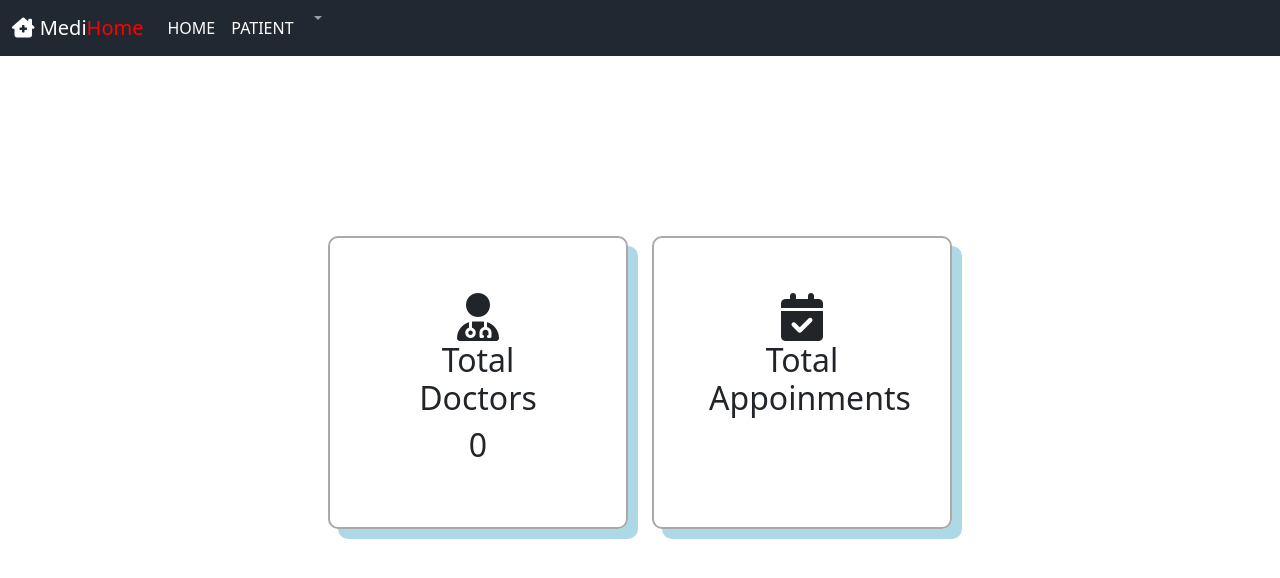
Repository: SparshGarg1/Hospital-Management-System
Page: http://localhost/Hospital/UpdateDoctorfromdoctoreditprofile?id1=0
An editor plug-in stored every save of this project. The page is shown before and after the next save, followed by the edit.
The browser window is 1280 px wide. The pictures show the whole page.
Some web libraries are served in a nearby version. The page is served by Tomcat 9. Other server files are loaded and not shown. Queries for data that is not in the repository find no rows.

Above is the page before, as saved 2022-08-21 06:09:12.

### Hospital/WebContent/doctorportal.jsp
<%@page import="java.sql.Statement"%>
<%@page import="java.sql.ResultSet"%>
<%@page errorPage="component/error.jsp" %>
<%@ include file="component/db.jsp" %>
<%@ page language="java" contentType="text/html; charset=ISO-8859-1"
    pageEncoding="ISO-8859-1"%>
<!DOCTYPE html PUBLIC "-//W3C//DTD HTML 4.01 Transitional//EN" "http://www.w3.org/TR/html4/loose.dtd">
<html>
<head>
<meta http-equiv="Content-Type" content="text/html; charset=ISO-8859-1">
<title>Insert title here</title>
<%@ include file="component/allcss.jsp" %>
<style>
        .container{
            position: relative;
            top: 25vh;
            display: flex;
            justify-content: center;
            flex-wrap: wrap;
        }
        .box1{
            border: 2px solid rgb(173, 167, 167);
            padding: 55px;
            border-radius: 10px;
            width: 300px;
            text-align: center;
            margin: 0 12px;
            box-shadow: 10px 10px lightblue;
            color: #212529;
        }
    </style>
</head>
<body>
<!-- Taking out name of user from email -->
<%
	HttpSession ses=request.getSession();
	String email =(String) ses.getAttribute("uid");
	String qrp = "select * from doctor where email=?";
	PreparedStatement ps = con.prepareStatement(qrp);
	ps.setString(1, email);
	String id="";
	String name="";
	ResultSet rsp = ps.executeQuery();
	if(rsp.next())
	{
	name = rsp.getString("name");
	}
%>
<nav class="navbar navbar-expand-lg navbar-dark" style="background-color:#222831;">
  <div class="container-fluid">
    <a class="navbar-brand" href="index.jsp"><i class="fas fa-clinic-medical"></i> Medi<span style="color:red;">Home</span></a>
    <button class="navbar-toggler" type="button" data-bs-toggle="collapse" data-bs-target="#navbarSupportedContent" aria-controls="navbarSupportedContent" aria-expanded="false" aria-label="Toggle navigation">
      <span class="navbar-toggler-icon"></span>
    </button>
    <div class="collapse navbar-collapse" id="navbarSupportedContent">
      <ul class="navbar-nav  mb-2 mb-lg-0">
        <li class="nav-item">
          <a class="nav-link active" aria-current="page" href="doctorportal.jsp">HOME</a>
        </li>
        <li class="nav-item">
          <a class="nav-link active" aria-current="page" href="doctorpatient.jsp">PATIENT</a>
        </li>
        <li class="nav-item dropdown">
          <a class="nav-link dropdown-toggle" href="#" id="navbarDropdown" role="button" data-bs-toggle="dropdown" aria-expanded="false">
            <%=name %>
          </a>
          <ul class="dropdown-menu" aria-labelledby="navbarDropdown">
          	<li><a class="dropdown-item" href="doctoreditprofile.jsp">Edit Profile</a></li>
            <li><a class="dropdown-item" href="DoctorLogout">Logout</a></li>
          </ul>
        </li>
      </ul>
    </div>
  </div>
</nav>
<!-- Showing Doctor Count -->

<%
String qr = "select * from doctor";
Statement st = con.createStatement();
ResultSet rs = st.executeQuery(qr);
int i=0;
while(rs.next())
{
	i++;
}
%>


<!--Appoinment count  -->
<%
String qr2 = "select * from appoinment where email=?";
PreparedStatement ps2 = con.prepareStatement(qr2);
ps2.setString(1, email);
ResultSet rs2 = ps2.executeQuery();
int k=0;
while(rs2.next())
{
	k++;
}
%>

<!-- creating 3 box for showing data  -->
<div class="container">
        <div class="doc box1">
            <i class="fa fa-user-doctor fa-3x" "></i>
            <h2>Total Doctors</h2>
            <h2><%=i %></h2>
        </div>
        <div class="appo box1">
            <i class="fa fa-calendar-check fa-3x"></i>
            <h2>Total Appoinments</h2>
            <%-- <h2><%=k %></h2> --%>
        </div>
    </div>
</body>
</html>

### Hospital/WebContent/component/db.jsp

<%@page import="java.sql.Connection" %>
<%@page import="java.sql.DriverManager" %>
<%@page import="java.sql.PreparedStatement" %>
<%
Class.forName("com.mysql.jdbc.Driver");
Connection con=DriverManager.getConnection("jdbc:mysql://localhost:3306/hos","root","sparsh1574");
%>

### Hospital/WebContent/component/allcss.jsp
<link rel="stylesheet" href="https://cdnjs.cloudflare.com/ajax/libs/font-awesome/6.1.2/css/all.min.css" integrity="sha512-1sCRPdkRXhBV2PBLUdRb4tMg1w2YPf37qatUFeS7zlBy7jJI8Lf4VHwWfZZfpXtYSLy85pkm9GaYVYMfw5BC1A==" crossorigin="anonymous" referrerpolicy="no-referrer" />
<link href="https://cdn.jsdelivr.net/npm/bootstrap@5.0.2/dist/css/bootstrap.min.css" rel="stylesheet" integrity="sha384-EVSTQN3/azprG1Anm3QDgpJLIm9Nao0Yz1ztcQTwFspd3yD65VohhpuuCOmLASjC" crossorigin="anonymous">
<script src="https://cdn.jsdelivr.net/npm/bootstrap@5.0.2/dist/js/bootstrap.bundle.min.js" integrity="sha384-MrcW6ZMFYlzcLA8Nl+NtUVF0sA7MsXsP1UyJoMp4YLEuNSfAP+JcXn/tWtIaxVXM" crossorigin="anonymous"></script>

### Hospital/src/UpdateDoctorfromdoctoreditprofile.java


import java.io.IOException;
import java.io.PrintWriter;
import java.sql.Connection;
import java.sql.DriverManager;
import java.sql.PreparedStatement;

import javax.servlet.RequestDispatcher;
import javax.servlet.ServletException;
import javax.servlet.annotation.WebServlet;
import javax.servlet.http.HttpServlet;
import javax.servlet.http.HttpServletRequest;
import javax.servlet.http.HttpServletResponse;

/**
 * Servlet implementation class UpdateDoctorfromdoctoreditprofile
 */
@WebServlet("/UpdateDoctorfromdoctoreditprofile")
public class UpdateDoctorfromdoctoreditprofile extends HttpServlet {
	private static final long serialVersionUID = 1L;

	/**
	 * @see HttpServlet#service(HttpServletRequest request, HttpServletResponse response)
	 */
	protected void service(HttpServletRequest request, HttpServletResponse response) throws ServletException, IOException {
		PrintWriter out = response.getWriter();
		response.setContentType("text/html");
		String id = request.getParameter("id1");
		String name = request.getParameter("name");
		String dob = request.getParameter("dob");
		String qualification = request.getParameter("qualification");
		String specialist = request.getParameter("specialist");
		String email = request.getParameter("email");
		String mobile = request.getParameter("mobile");

		try {
			Class.forName("com.mysql.jdbc.Driver");
			Connection con = DriverManager.getConnection("jdbc:mysql://localhost:3306/hos", "root", "sparsh1574");
			String qr="update doctor set name=?, dob=?, qualification=?, specialist=?,  mobile=? where id =?";
			PreparedStatement ps = con.prepareStatement(qr);
			ps.setString(1, name);
			ps.setString(2, dob);
			ps.setString(3, qualification);
			ps.setString(4, specialist);
			ps.setString(5, mobile);
			ps.setString(6, id);
			int i = ps.executeUpdate();
			if(i>0){
				RequestDispatcher rd = request.getRequestDispatcher("doctoreditprofile.jsp?");
				rd.include(request, response);
				out.println("<script>window.alert('Updated Sucessfully');</script>");
			}
			else{
				RequestDispatcher rd = request.getRequestDispatcher("doctorportal.jsp");
				rd.include(request, response);
				out.println("<script>window.alert('Not Updated Sucessfully');</script>");
			}
		} catch (Exception e) {
			// TODO: handle exception
			out.println(e);
		}
	}

}

After the next save:
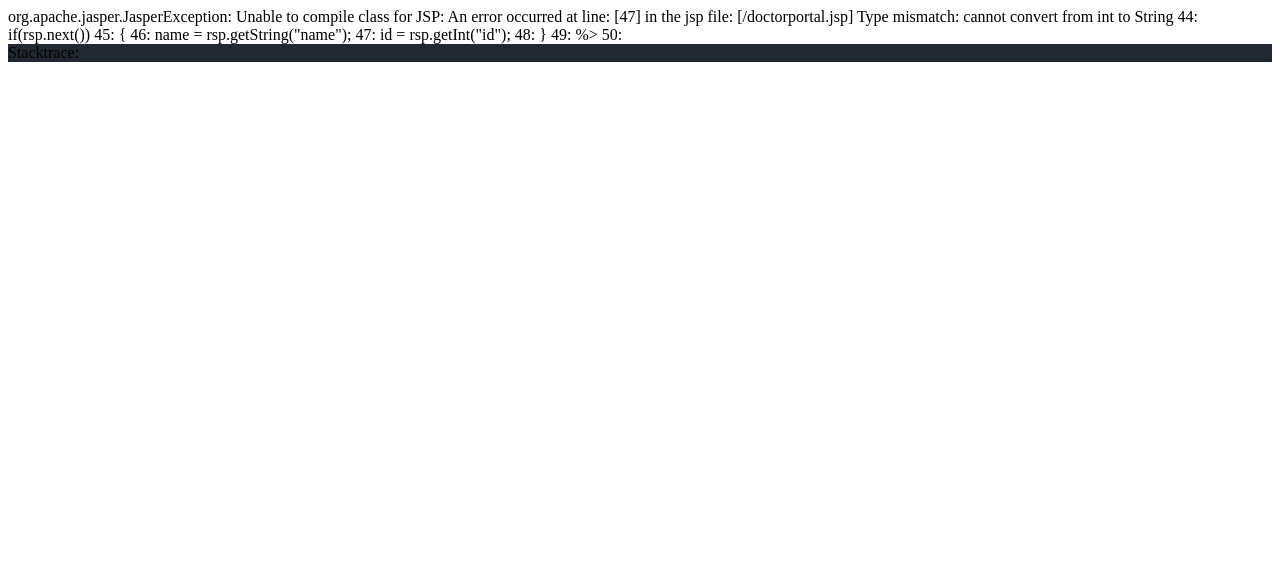
Saved 23 s later.
--- a/Hospital/WebContent/doctorportal.jsp
+++ b/Hospital/WebContent/doctorportal.jsp
@@ -44,6 +44,7 @@
 	if(rsp.next())
 	{
 	name = rsp.getString("name");
+	id = rsp.getInt("id");
 	}
 %>
 <nav class="navbar navbar-expand-lg navbar-dark" style="background-color:#222831;">
